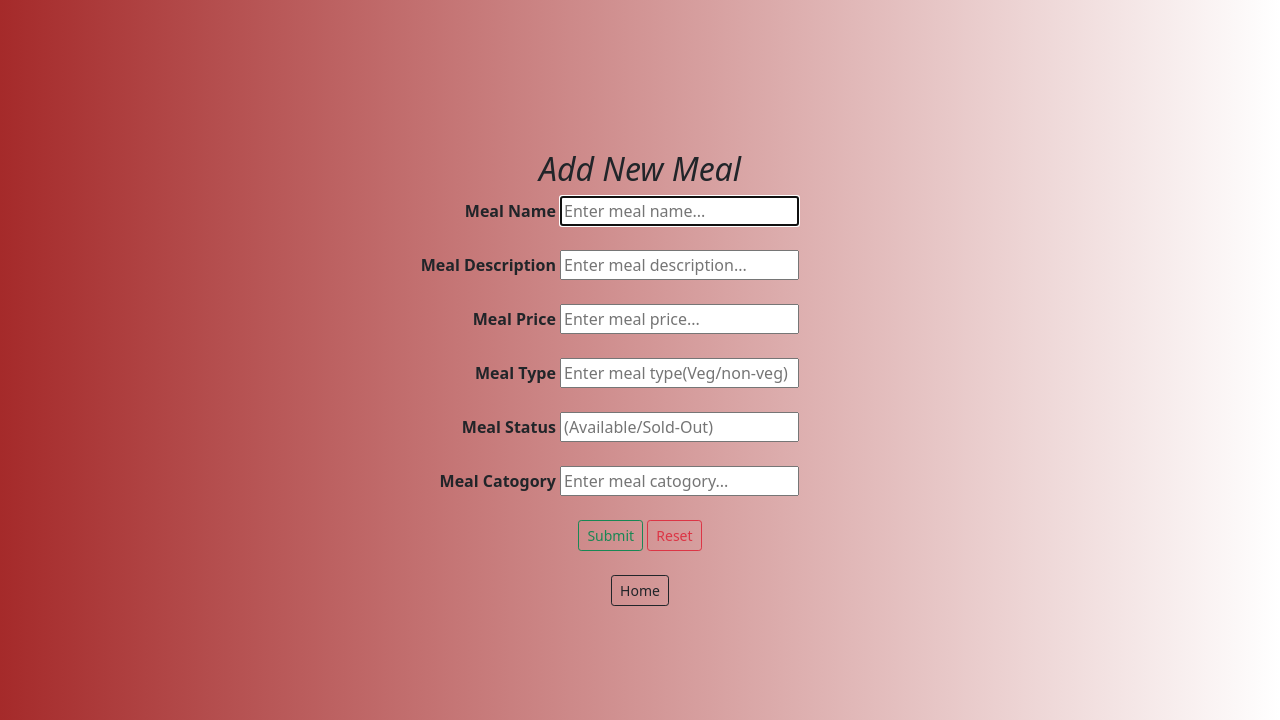
Repository: selvakumar46/Project-Maven
Page: http://localhost/ProjectKFC/InsertProduct.jsp
The author's editor kept a copy of each file at every save. The page is drawn from the files as they stood at one save, then again after the next save.
The browser window is 1280 px wide. The pictures show the whole page.
The page is served by Tomcat 9. Nobody is signed in. The application's start-up code is not run. Other server files are loaded and not shown.

Above is the page before, as saved 2022-01-12 05:12:50.

### ProjectKFC/src/main/webapp/InsertProduct.jsp
<%@ page language="java" contentType="text/html; charset=ISO-8859-1"
    pageEncoding="ISO-8859-1"%>
<!DOCTYPE html>
<html>
<head>
<meta charset="ISO-8859-1">
<title>New Meals</title>
<link href="https://cdn.jsdelivr.net/npm/bootstrap@5.1.3/dist/css/bootstrap.min.css" rel="stylesheet">
  <script src="https://cdn.jsdelivr.net/npm/bootstrap@5.1.3/dist/js/bootstrap.bundle.min.js"></script>
<style >
body {
	background:linear-gradient(to right,brown,white);
}
.container{
	margin-top:150px;
	}
label {
        display: inline-block;
        width: 155px;
        text-align: right;
        margin-left:-80px; ;
      }


</style>

</head>
<body>
	<center>
		<form action="insertMeal" method="post">
			<div class="container">
			<h2><i>Add New Meal</i></h2>
			<label for="mealName" id="mealName"><b>Meal Name</b></label>
			<input type="text" name="mealName" id="mealName" required autofocus placeholder="Enter meal name..."> <br> <br>
			<label for="mealDescription" id="mealDescription"><b>Meal Description</b></label>
			<input type="text" name="mealDescription" id="mealDescription" required placeholder="Enter meal description..."> <br> <br>
			<label for="mealPrice" id="mealPrice"  ><b>Meal Price</b></label>
			<input type="number" name="mealPrice" id="mealPrice" min="0" required placeholder="Enter meal price..."> <br> <br>
			<label for="mealType" id="mealType"><b>Meal Type</b></label>
			<input type="text" name="mealType" id="mealType" required placeholder="Enter meal type(Veg/non-veg)"> <br> <br>
			<label for="mealStatus" id="mealStatus"><b>Meal Status</b></label>
			<input type="text" name="mealStatus" id="mealStatus" required placeholder="(Available/Sold-Out)"> <br> <br>
			<label for="mealCatogory" id="mealcatogory"><b>Meal Catogory</b></label>
			<input type="text" name="mealCatogory" id="mealCatogory" required placeholder="Enter meal catogory..."> <br> <br>
			<button type="submit" class="btn btn-outline-success btn-sm ">Submit</button>
			<button type="reset" class="btn btn-outline-danger btn-sm mov">Reset</button>
			</div>
		</form> <br>
		<a> <button type="submit" class="btn btn-outline-dark btn-sm">Home</button> </a>
	</center>

</body>
</html>

After the next save:
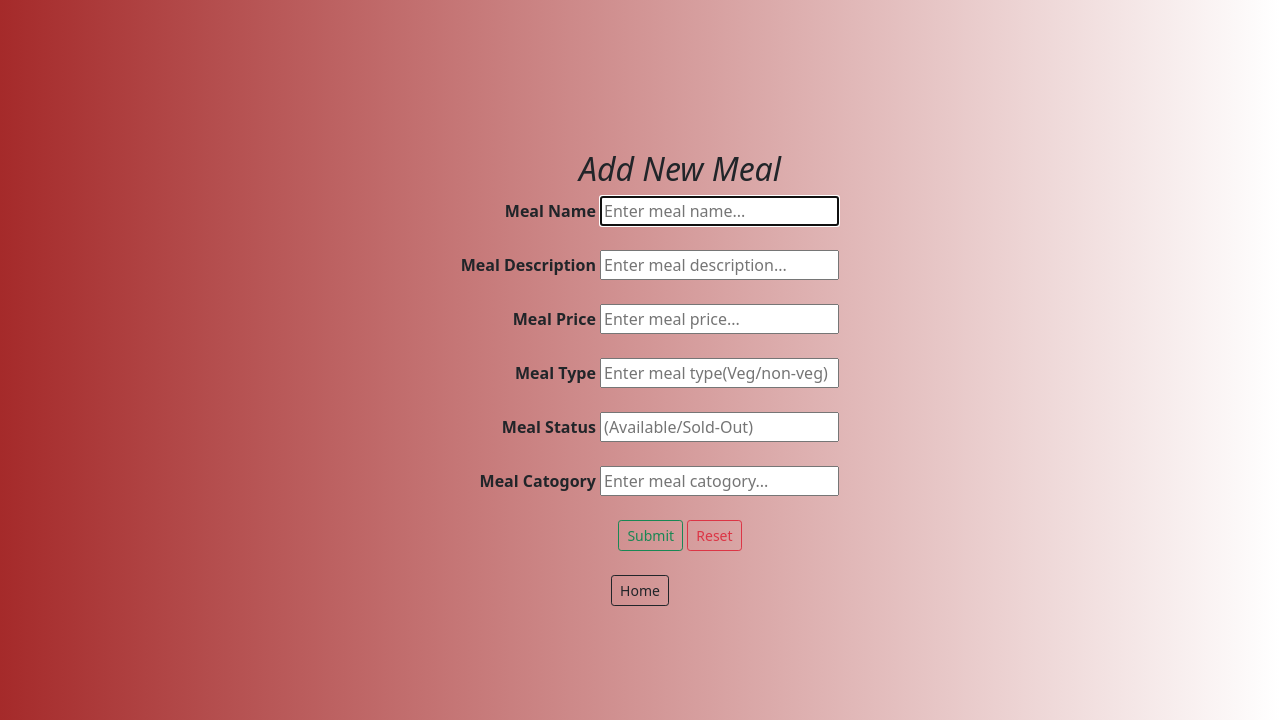
Saved 39 s later.
--- a/ProjectKFC/src/main/webapp/InsertProduct.jsp
+++ b/ProjectKFC/src/main/webapp/InsertProduct.jsp
@@ -13,6 +13,7 @@
 }
 .container{
 	margin-top:150px;
+	margin-right:30px;
 	}
 label {
         display: inline-block;

After the save that followed:
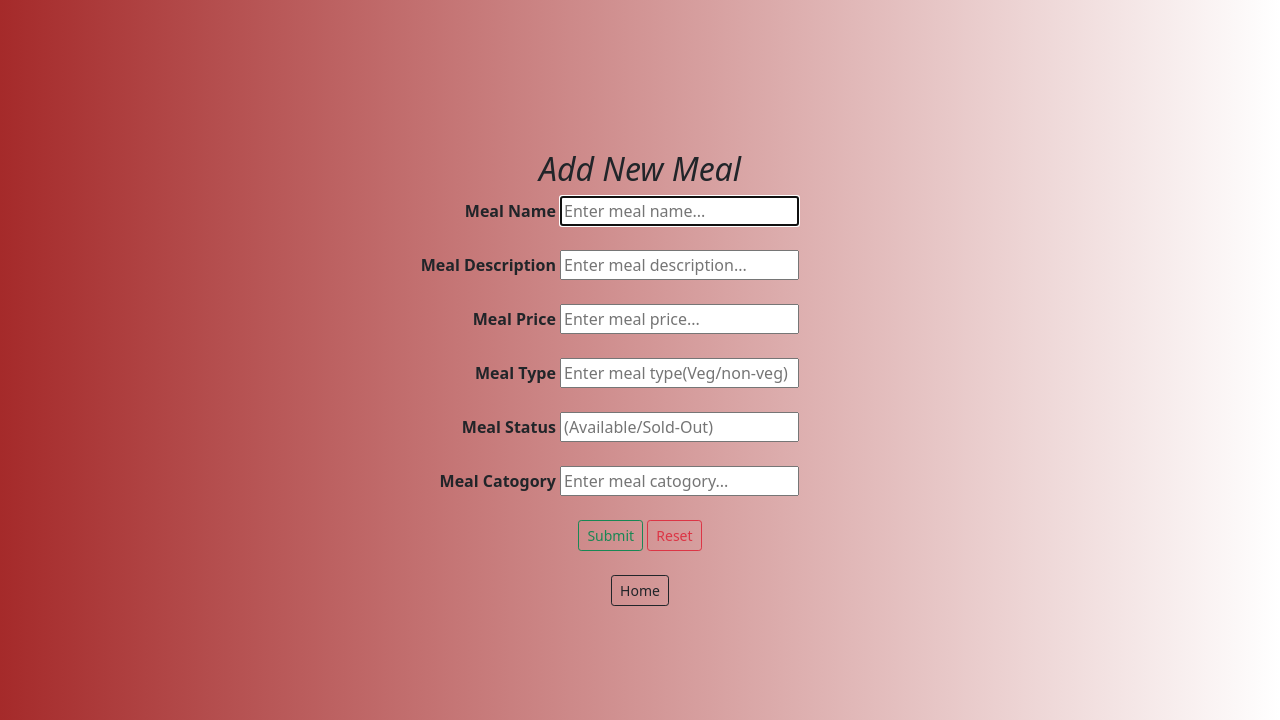
Saved 18 s later.
--- a/ProjectKFC/src/main/webapp/InsertProduct.jsp
+++ b/ProjectKFC/src/main/webapp/InsertProduct.jsp
@@ -13,7 +13,6 @@
 }
 .container{
 	margin-top:150px;
-	margin-right:30px;
 	}
 label {
         display: inline-block;
